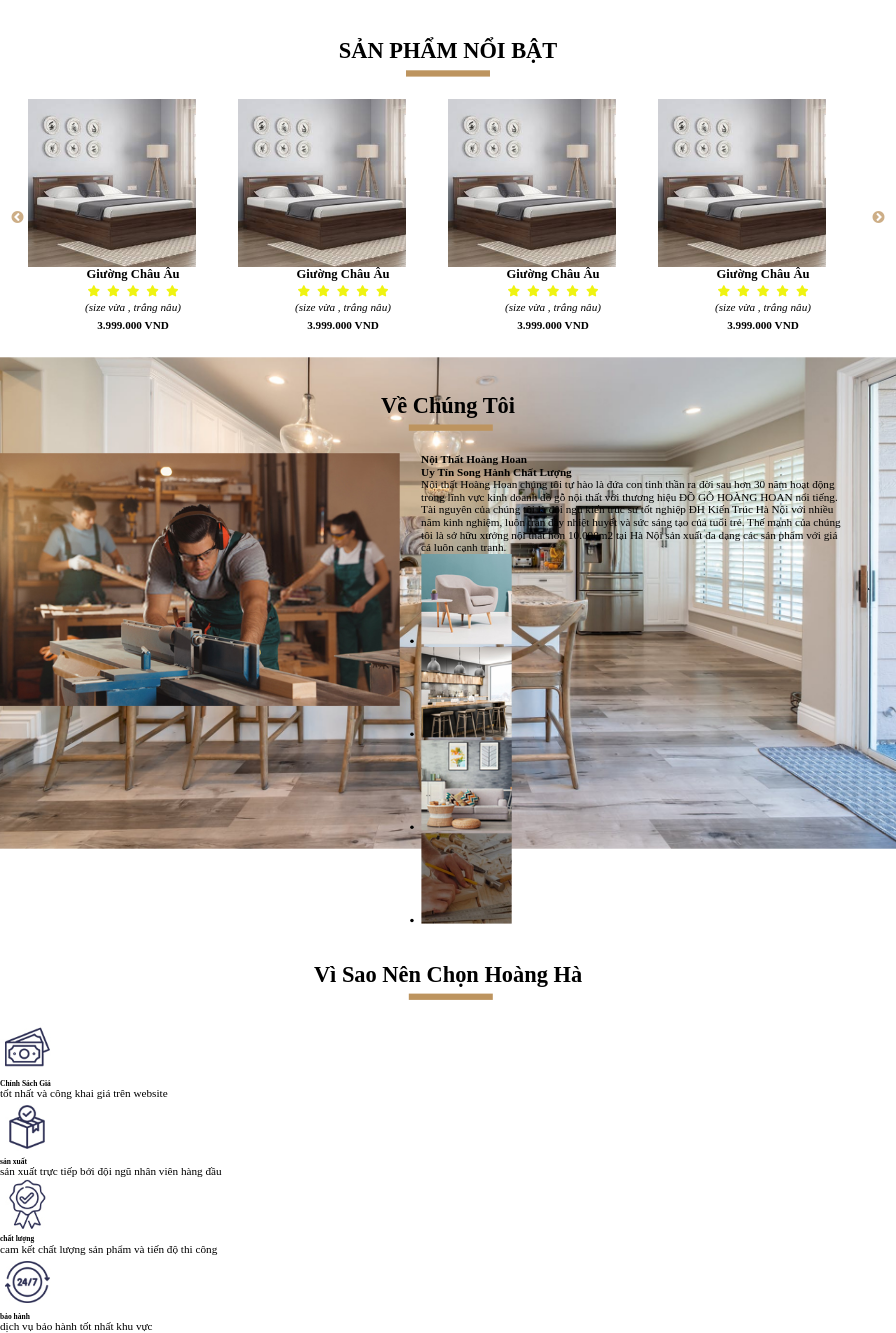
Repository: LDDUNG2003/front_end
Page: index.html
These files come from the project's save history. The page is drawn as it stood at one moment and after the next save; the edit follows.
The browser window is 1280 px wide. The pictures show the part of the page from y = 1249 to 3169 px (the page is 3153 px tall before and 3169 px after), at 70% of full size.
Some web libraries are served in a nearby version.

Above is the page before, as saved 2023-08-29 10:44:04.

### index.html
<!DOCTYPE html>
<html lang="en">

<head>
    <meta charset="UTF-8">
    <meta name="viewport" content="width=device-width, initial-scale=1.0">
    <title>Document</title>
    <link rel="stylesheet" href="https://cdnjs.cloudflare.com/ajax/libs/font-awesome/6.4.2/css/all.min.css" integrity="sha512-z3gLpd7yknf1YoNbCzqRKc4qyor8gaKU1qmn+CShxbuBusANI9QpRohGBreCFkKxLhei6S9CQXFEbbKuqLg0DA==" crossorigin="anonymous" referrerpolicy="no-referrer"
    />
    <link rel="stylesheet" type="text/css" href="//cdn.jsdelivr.net/npm/slick-carousel@1.8.1/slick/slick.css" />
    <link rel="stylesheet" type="text/css" href="//cdn.jsdelivr.net/npm/slick-carousel@1.8.1/slick/slick-theme.css" />
    <link rel="stylesheet" href="./public/css/base.css">
    <link rel="stylesheet" href="./public/css/home.css">
    <script src="https://kit.fontawesome.com/9ffed7d99e.js" crossorigin="anonymous"></script>
</head>

<>
    <div class="main">
        <div class="header">
            <div class="navBar">
                <img src="./public/img/logo.png" alt="logo" class="logo">
                <ul class="navBar__list">
                    <li class="navBar__list-item"><a href="" class="navBar__list--link">trang chủ</a></li>
                    <li class="navBar__list-item">
                        <a href="" class="navBar__list--link">giới thiệu</a>
                    </li>
                    <li class="navBar__list-item">
                        <a href="" class="navBar__list--link">sản phẩm</a>
                    </li>
                    <li class="navBar__list-item">
                        <a href="" class="navBar__list--link">đối tác</a>
                    </li>
                    <li class="navBar__list-item">
                        <a href="" class="navBar__list--link">tin tức</a>
                    </li>
                    <li class="navBar__list-item">
                        <a href="" class="navBar__list--link">liên hệ</a>
                    </li>
                </ul>
            </div>
        </div>
        <div class="content">
            <div class="content__banner">
                <div class="content--list-image">
                    <img class="content--image" src="./public/img/banner.png" alt="">
                </div>
                <div class="banner--content">
                    <h2 class="banner--content-text-title">THẾ GIỚI NỘI THẤT SỐ 1 VIỆT NAM</h2>
                    <h2 class="banner--content-text-title" style="color: var(--primary-color)">hoàng hoan</h2>
                    <p class="banner--content-text">Sứ mệnh của chúng tôi là kết hợp hài hòa giữa ý tưởng và mong muốn của khách hàng, đem lại những phút giây thư giãn tuyệt vời bên gia đình và những người thân yêu.</p>
                    <button class="banner--button">LIÊN HỆ NGAY</button>
                </div>
            </div>
            <div class="content__focut">
                <ul class="focut--list">
                    <li class="focut--item">
                        <img src="./public/img/product/icon-phong-khach.png" alt="" class="focut--img">
                        <h6 class="focut--text">Phòng khách</h6>
                    </li>
                    <li class="focut--item">
                        <img src="./public/img/product/icon-phong-ngu.png" alt="" class="focut--img">
                        <h6 class="focut--text">Phòng Ngủ</h6>
                    </li>
                    <li class="focut--item">
                        <img src="./public/img/product/icon-phong-bep.png" alt="" class="focut--img">
                        <h6 class="focut--text">Phòng Bếp</h6>
                    </li>
                    <li class="focut--item">
                        <img src="./public/img/product/icon-phong-tam.png" alt="" class="focut--img">
                        <h6 class="focut--text">Phòng Tắm</h6>
                    </li>
                    <li class="focut--item">
                        <img src="./public/img/product/icon-tre-em.png" alt="" class="focut--img">
                        <h6 class="focut--text">Trẻ Em</h6>
                    </li>
                    <li class="focut--item">
                        <img src="./public/img/product/icon-van-phong.png" alt="" class="focut--img">
                        <h6 class="focut--text">Văn Phòng</h6>
                    </li>
                    <li class="focut--item">
                        <img src="./public/img/product/icon-cau-thang.png" alt="" class="focut--img">
                        <h6 class="focut--text">Cầu Thang</h6>
                    </li>
                    <li class="focut--item">
                        <img src="./public/img/product/icon-do-trang-tri.png" alt="" class="focut--img">
                        <h6 class="focut--text">Đồ Trang Trí</h6>
                    </li>
                </ul>
            </div>
            <div class="content__featured">
                <h2 class="content--title">SẢN PHẨM NỔI BẬT</h2>
                <ul class="featured--list" data-slick='{"slidesToShow": 4, "slidesToScroll": 4}'>
                    <li class="featured--item">
                        <img src="./public/img/featured/giuong-ngu.png" alt="" class="featured--img">
                        <div class="featured--content">
                            <h5 class="featured-name">Giường Châu Âu</h5>
                            <ul class="evaluate--list">
                                <li><i class="fa-solid fa-star" style="color: #eff312;"></i></li>
                                <li><i class="fa-solid fa-star" style="color: #eff312;"></i></li>
                                <li><i class="fa-solid fa-star" style="color: #eff312;"></i></li>
                                <li><i class="fa-solid fa-star" style="color: #eff312;"></i></li>
                                <li><i class="fa-solid fa-star" style="color: #eff312;"></i></li>
                            </ul>
                            <i class="note-product">(size vừa , trắng nâu)</i>
                            <p class="price-product">3.999.000 VND</p>
                        </div>
                    </li>
                    <li class="featured--item">
                        <img src="./public/img/featured/giuong-ngu.png" alt="" class="featured--img">
                        <div class="featured--content">
                            <h5 class="featured-name">Giường Châu Âu</h5>
                            <ul class="evaluate--list">
                                <li><i class="fa-solid fa-star" style="color: #eff312;"></i></li>
                                <li><i class="fa-solid fa-star" style="color: #eff312;"></i></li>
                                <li><i class="fa-solid fa-star" style="color: #eff312;"></i></li>
                                <li><i class="fa-solid fa-star" style="color: #eff312;"></i></li>
                                <li><i class="fa-solid fa-star" style="color: #eff312;"></i></li>
                            </ul>
                            <i class="note-product">(size vừa , trắng nâu)</i>
                            <p class="price-product">3.999.000 VND</p>
                        </div>
                    </li>
                    <li class="featured--item">
                        <img src="./public/img/featured/giuong-ngu.png" alt="" class="featured--img">
                        <div class="featured--content">
                            <h5 class="featured-name">Giường Châu Âu</h5>
                            <ul class="evaluate--list">
                                <li><i class="fa-solid fa-star" style="color: #eff312;"></i></li>
                                <li><i class="fa-solid fa-star" style="color: #eff312;"></i></li>
                                <li><i class="fa-solid fa-star" style="color: #eff312;"></i></li>
                                <li><i class="fa-solid fa-star" style="color: #eff312;"></i></li>
                                <li><i class="fa-solid fa-star" style="color: #eff312;"></i></li>
                            </ul>
                            <i class="note-product">(size vừa , trắng nâu)</i>
                            <p class="price-product">3.999.000 VND</p>
                        </div>
                    </li>
                    <li class="featured--item">
                        <img src="./public/img/featured/giuong-ngu.png" alt="" class="featured--img">
                        <div class="featured--content">
                            <h5 class="featured-name">Giường Châu Âu</h5>
                            <ul class="evaluate--list">
                                <li><i class="fa-solid fa-star" style="color: #eff312;"></i></li>
                                <li><i class="fa-solid fa-star" style="color: #eff312;"></i></li>
                                <li><i class="fa-solid fa-star" style="color: #eff312;"></i></li>
                                <li><i class="fa-solid fa-star" style="color: #eff312;"></i></li>
                                <li><i class="fa-solid fa-star" style="color: #eff312;"></i></li>
                            </ul>
                            <i class="note-product">(size vừa , trắng nâu)</i>
                            <p class="price-product">3.999.000 VND</p>
                        </div>
                    </li>
                    <li class="featured--item">
                        <img src="./public/img/featured/giuong-ngu.png" alt="" class="featured--img">
                        <div class="featured--content">
                            <h5 class="featured-name">Giường Châu Âu</h5>
                            <ul class="evaluate--list">
                                <li><i class="fa-solid fa-star" style="color: #eff312;"></i></li>
                                <li><i class="fa-solid fa-star" style="color: #eff312;"></i></li>
                                <li><i class="fa-solid fa-star" style="color: #eff312;"></i></li>
                                <li><i class="fa-solid fa-star" style="color: #eff312;"></i></li>
                                <li><i class="fa-solid fa-star" style="color: #eff312;"></i></li>
                            </ul>
                            <i class="note-product">(size vừa , trắng nâu)</i>
                            <p class="price-product">3.999.000 VND</p>
                        </div>
                    </li>
                </ul>
            </div>
            <div class="about__us">
                <div class="about--background">
                    <img src="./public/img/about/bg-about-us.jpg" alt="">
                </div>
                <div class="about__us-bag">
                    <div class="about-bag">
                        <div class="about__content ">
                            <h2 class="content--title ">Về Chúng Tôi</h2>
                            <div class="about--block ">
                                <div class="about--content ">
                                    <img src="./public/img/about/ve-chung-toi.jpg" alt=" ">
                                </div>
                                <div class="about--content ">
                                    <h4 class="about--content--title">Nội Thất <span>Hoàng Hoan</span>
                                        <br> Uy Tín Song Hành Chất Lượng
                                    </h4>
                                    <div class="about--text--list">
                                        <p class="about--text">Nội thất Hoàng Hoan chúng tôi tự hào là đứa con tinh thần ra đời sau hơn 30 năm hoạt động trong lĩnh vực kinh doanh đồ gỗ nội thất với thương hiệu ĐỒ GỖ HOÀNG HOAN nổi tiếng.</p>
                                        <p class="about--text">Tài nguyên của chúng tôi là đội ngũ kiến trúc sư tốt nghiệp ĐH Kiến Trúc Hà Nội với nhiều năm kinh nghiệm, luôn tràn đầy nhiệt huyết và sức sáng tạo của tuổi trẻ. Thế mạnh của chúng tôi là sở hữu xưởng nội thất
                                            hơn 10.000m2 tại Hà Nội sản xuất đa dạng các sản phẩm với giá cả luôn cạnh tranh.</p>
                                    </div>
                                    <ul class="about--list">
                                        <li class="about--item">
                                            <img src="./public/img/about/ve-chung-toi-1.jpg" alt="" class="about--img">
                                        </li>
                                        <li class="about--item">
                                            <img src="./public/img/about/ve-chung-toi-2.jpg" alt="" class="about--img">
                                        </li>
                                        <li class="about--item">
                                            <img src="./public/img/about/ve-chung-toi-3.jpg" alt="" class="about--img">
                                        </li>
                                        <li class="about--item">
                                            <img src="./public/img/about/ve-chung-toi-4.jpg" alt="" class="about--img">
                                        </li>
                                    </ul>
                                </div>
                            </div>
                        </div>
                        <div class="about__content ">
                            <h2 class="content--title ">Vì Sao Nên Chọn Hoàng Hà</h2>
                            <div class="choose__choose">
                                <ul class="choose--list">
                                    <li class="choose--item">
                                        <img src="./public/img/about/chinh-sach.jpg" alt="" class="choose-image">
                                        <div class="choose-contain">
                                            <h6 class="choose--content-title">Chính Sách Giá</h6>
                                            <p class="choose--text">tốt nhất và công khai giá trên website</p>
                                        </div>
                                    </li>
                                    <li class="choose--item">
                                        <img src="./public/img/about/san-pham.jpg" alt="" class="choose-image">
                                        <div class="choose-contain">
                                            <h6 class="choose--content-title">sản xuất</h6>
                                            <p class="choose--text">sản xuất trực tiếp bởi đội ngũ nhân viên hàng đầu</p>
                                        </div>
                                    </li>
                                    <li class="choose--item">
                                        <img src="./public/img/about/chat-luong.jpg" alt="" class="choose-image">
                                        <div class="choose-contain">
                                            <h6 class="choose--content-title">chất lượng</h6>
                                            <p class="choose--text">cam kết chất lượng sản phẩm và tiến độ thi công</p>
                                        </div>
                                    </li>
                                    <li class="choose--item">
                                        <img src="./public/img/about/bao-hanh.jpg " alt="" class="choose-image">
                                        <div class="choose-contain">
                                            <h6 class="choose--content-title">bảo hành</h6>
                                            <p class="choose--text">dịch vụ bảo hành tốt nhất khu vực</p>
                                        </div>
                                    </li>
                                </ul>
                            </div>
                        </div>
                    </div>
                </div>
            </div>
        </div>
        <div class="footer "></div>
    </div>
    <script type="text/javascript " src="//code.jquery.com/jquery-1.11.0.min.js "></script>
    <script type="text/javascript " src="//code.jquery.com/jquery-migrate-1.2.1.min.js "></script>
    <script type="text/javascript " src="//cdn.jsdelivr.net/npm/slick-carousel@1.8.1/slick/slick.min.js "></script>
    <script>
        $(document).ready(function() {
            $('.featured--list').slick();
        });
    </script>
    </body>

</html>

### public/css/base.css
* {
    padding: 0px;
    margin: 0px;
}

:root {
    --primary-color: #bd945f;
    --text-color: #222222;
}


/* font setting */

@font-face {
    font-family: "gotham-family";
    src: url(../front/Gotham-Medium.otf);
    font-family: "gotham-linear";
    src: url(../front/Gotham-Thin.otf);
    font-family: "gotham-utral";
    src: url(../front/Gotham-Ultra.otf);
}

* {
    font-family: "gotham-family";
}

.main {
    width: 100%;
}

.header {
    padding: 10px 0px;
    margin: auto;
    width: 100%;
    max-width: 1200px;
}

.navBar {
    display: flex;
    width: 100%;
    justify-content: space-between;
}

.logo {
    height: 80px;
}

.navBar__list {
    display: flex;
    list-style: none;
    align-items: center;
}

.navBar__list-item {
    margin: 0 10px;
}

.navBar__list--link {
    text-transform: uppercase;
    font-size: 16px;
    color: var(--text-color);
    text-decoration: none;
}

.featured--content {}

.featured-name {
    font-size: 18px;
    text-transform: capitalize;
}

.evaluate--list {
    list-style: none;
    display: flex;
    justify-content: center;
}

.evaluate--list li {
    padding: 5px;
    margin: 0;
}

.note-product {}

.price-product {
    padding: 7px 0px;
    font-weight: 800;
    font-size: 16px;
}

.slick-prev:before,
.slick-next:before {
    color: var(--primary-color);
    width: 15px;
}

### public/css/home.css
.content {
    width: 100%;
    max-width: 1500px;
    margin: auto;
}

.content__banner {
    width: 100%;
    position: relative;
}

.content--list-image {
    width: 100%;
    max-width: 1500px;
    margin: auto;
}

.content--image {
    width: 100%;
}

.banner--content {
    position: absolute;
    top: 10%;
    left: 15%;
}

.banner--content-text-title {
    text-transform: uppercase;
    font-family: 800;
    font-family: "gotham-utral";
    font-size: 25px;
}

.banner--content-text {
    font-size: 18px;
    color: var(--text-color);
    width: 420px;
}

.banner--button {
    padding: 20px;
    color: aliceblue;
    background-color: var(--primary-color);
    border: none;
    font-family: "gotham-utral";
    font-size: 18px;
    cursor: pointer;
}

.content__focut {
    position: relative;
    background-color: #ffffff;
    top: -60px;
    max-width: 1200px;
    width: 100%;
    margin: auto;
}

.focut--list {
    margin: auto;
    display: flex;
    width: 100%;
    list-style: none;
    flex-wrap: wrap;
}

.focut--item {
    width: 25%;
    text-align: center;
}

.focut--img {
    width: 100%;
}

.focut--text {
    text-align: center;
    font-size: 23px;
}

.content--title {
    font-size: 32px;
    padding: 50px 0px;
    text-align: center;
    position: relative;
}

.content--title::before {
    content: '';
    background-color: var(--primary-color);
    width: 120px;
    height: 9px;
    position: absolute;
    top: 70%;
    right: 45%;
}

.content__featured {
    width: 100%;
    max-width: 1200px;
    margin: auto;
    padding-bottom: 30px;
}

.featured--list {
    width: 100%;
    list-style: none;
    display: flex;
    text-align: center;
}

.featured--item {}

.featured--img {
    width: 80%;
}

.about__us {
    width: 100%;
    max-width: 1500px;
    margin: auto;
    position: relative;
}

.about--background {
    width: 100%;
}

.about--background img {
    width: 100%;
}

.about__us-bag {
    position: absolute;
    top: 0px;
}

.about__content {
    width: 100%;
}

.about--block {
    display: flex;
}

.about--content {
    width: 47%;
}

.about--content--title {}

.about--text--list {}

.about--text {}

.about--list {}

.about--item {}

.about--img {}

.choose__choose {}

.choose--list {}

.choose--item {}

.choose-image {}

.choose-contain {}

.choose--content-title {}

After the next save:
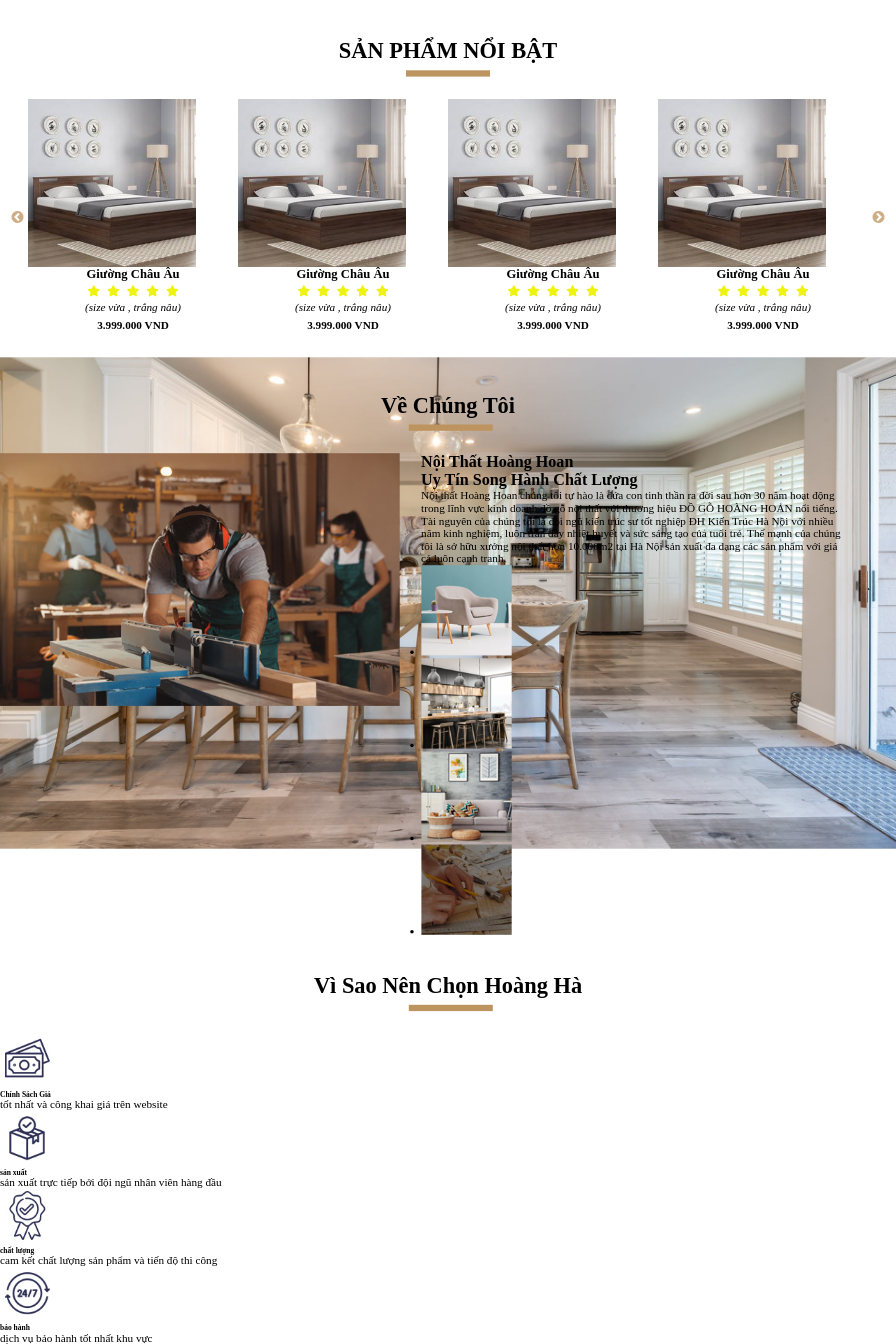
Saved 43 s later.
--- a/public/css/home.css
+++ b/public/css/home.css
@@ -148,7 +148,9 @@
     width: 47%;
 }
 
-.about--content--title {}
+.about--content--title {
+    font-size: 23px;
+}
 
 .about--text--list {}
 
